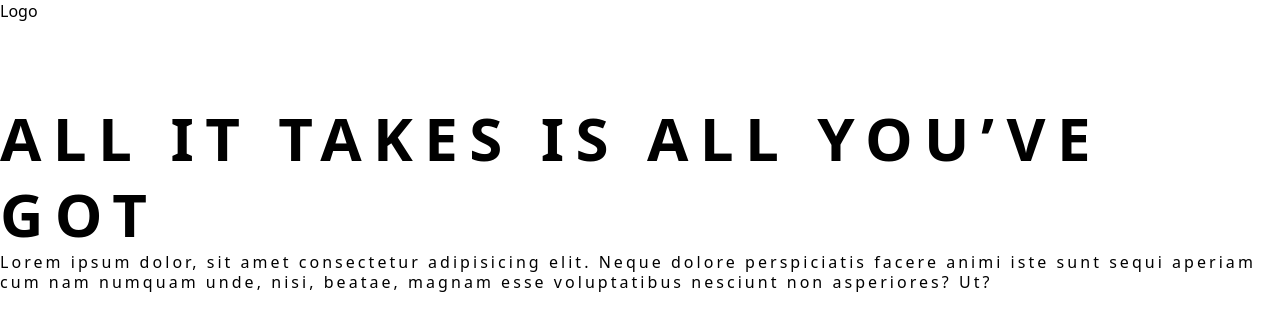
Repository: Thtsuman/dfc-site-v1
Page: /
An editor plug-in stored every save of this project. The page is shown before and after the next save, followed by the edit.
The browser window is 1280 px wide. The pictures show the whole page.
The project was rebuilt for these pictures with package versions that can differ from the ones it lists, and the page was loaded fresh each time.

Above is the page before, as saved 2022-07-29 22:45:39.

After the next save:
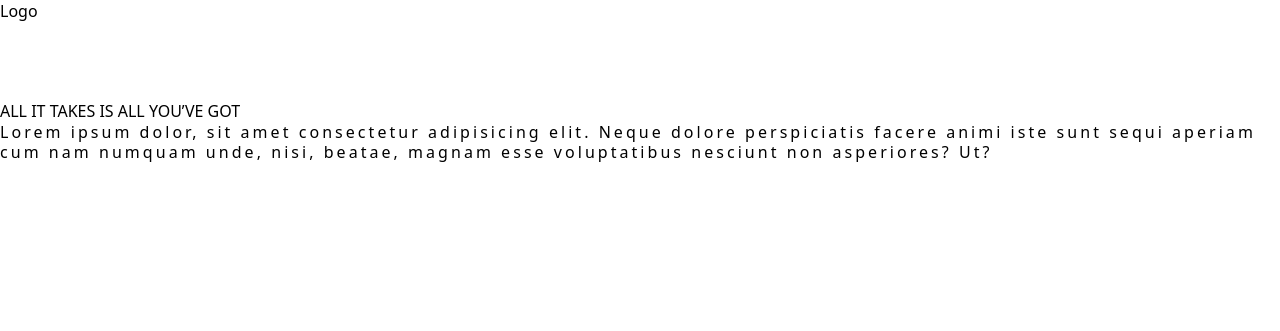
Saved 4 s later.
--- a/src/ui_kits/atoms/Typography/Typography.styles.scss
+++ b/src/ui_kits/atoms/Typography/Typography.styles.scss
@@ -1,6 +1,6 @@
 .typography {
 
-    &__big_heading {
+    & &__big_heading {
         font-style: normal;
         font-weight: 900;
         font-size: 60px;

After the 2 saves that followed:
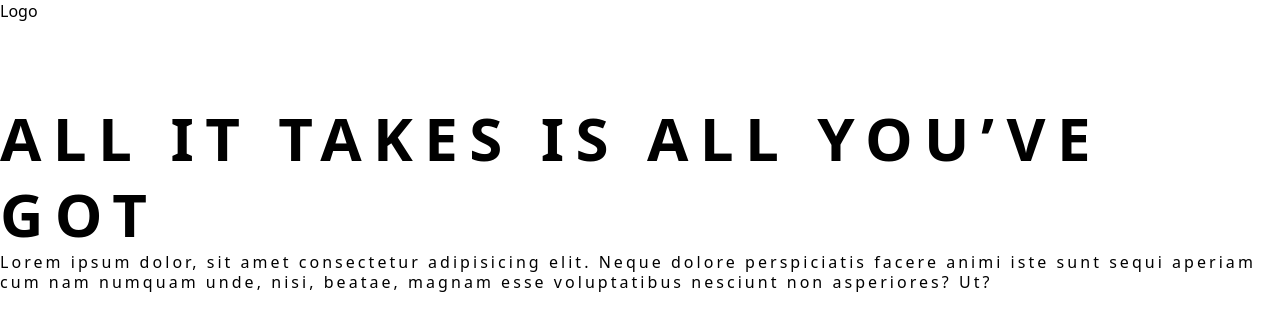
The 2 saves are shown as one change because 1 left the picture as it was.
The last was saved 56 s later.
--- a/src/ui_kits/atoms/Typography/Typography.jsx
+++ b/src/ui_kits/atoms/Typography/Typography.jsx
@@ -8,7 +8,7 @@ const Typography = ({
 }) => {
   return (
     <div className={`typography typography__${type}`}>
-        <span>
+        <span className={`typography__${color}`}>
             {children}
         </span>
     </div>
--- a/src/ui_kits/atoms/Typography/Typography.styles.scss
+++ b/src/ui_kits/atoms/Typography/Typography.styles.scss
@@ -1,6 +1,12 @@
 .typography {
 
-    & &__big_heading {
+    // color
+    &__black {
+
+    }
+
+    // font styles
+    &__big_heading {
         font-style: normal;
         font-weight: 900;
         font-size: 60px;
